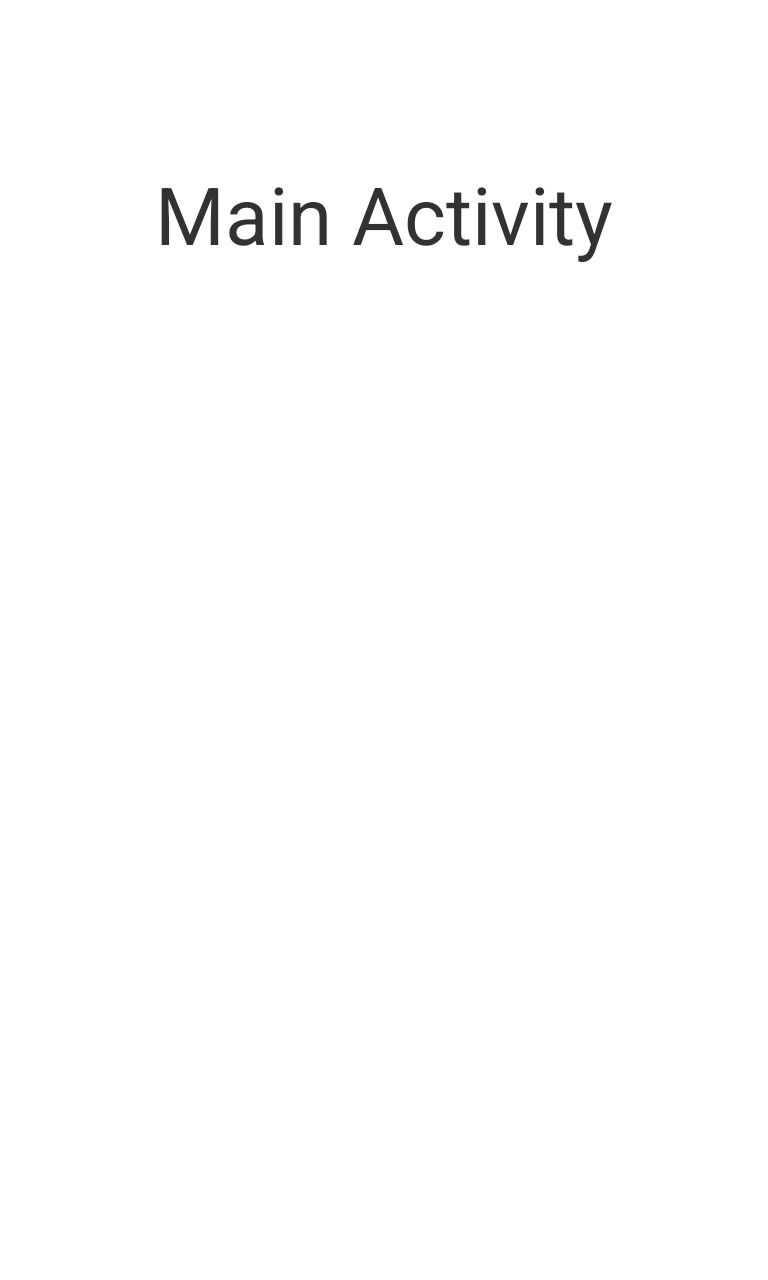
Repository: CiLiNet-Android/courseware
Layout: Android数据存储/文件数据存储/SourceCodes/InternalFileIODemo/res/layout/activity_main.xml
An editor plug-in stored every save of this project. The layout is shown before and after the next save, followed by the edit.
It is drawn on a 768 x 1280 px phone screen (xhdpi) without system bars, with theme AppTheme; the app's code is not run.

Above is the layout before, as saved 2014-01-02 01:39:26.

### Android数据存储/文件数据存储/SourceCodes/InternalFileIODemo/res/layout/activity_main.xml
<?xml version="1.0" encoding="utf-8"?>
<LinearLayout xmlns:android="http://schemas.android.com/apk/res/android"
    android:layout_width="match_parent"
    android:layout_height="match_parent"
    android:orientation="vertical" >

    <TextView
        android:layout_width="match_parent"
        android:layout_height="wrap_content"
        android:layout_marginTop="80dp"
        android:gravity="center_horizontal"
        android:text="Main Activity"
        android:textSize="40sp"/>

</LinearLayout>

Loaded but not shown: Android数据存储/文件数据存储/SourceCodes/InternalFileIODemo/res/values/styles.xml (common file)

After the next save:
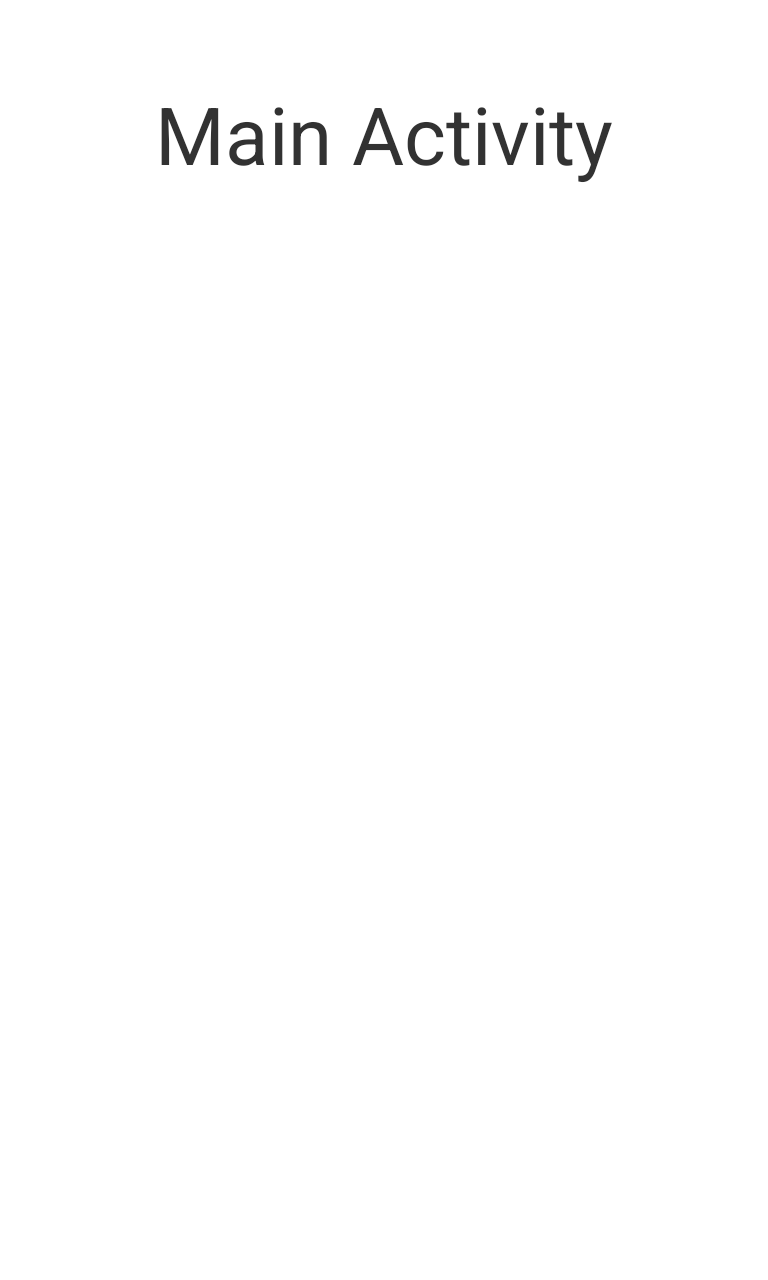
Saved 10 s later.
--- a/Android数据存储/文件数据存储/SourceCodes/InternalFileIODemo/res/layout/activity_main.xml
+++ b/Android数据存储/文件数据存储/SourceCodes/InternalFileIODemo/res/layout/activity_main.xml
@@ -7,7 +7,7 @@
     <TextView
         android:layout_width="match_parent"
         android:layout_height="wrap_content"
-        android:layout_marginTop="80dp"
+        android:layout_marginTop="40dp"
         android:gravity="center_horizontal"
         android:text="Main Activity"
         android:textSize="40sp"/>
